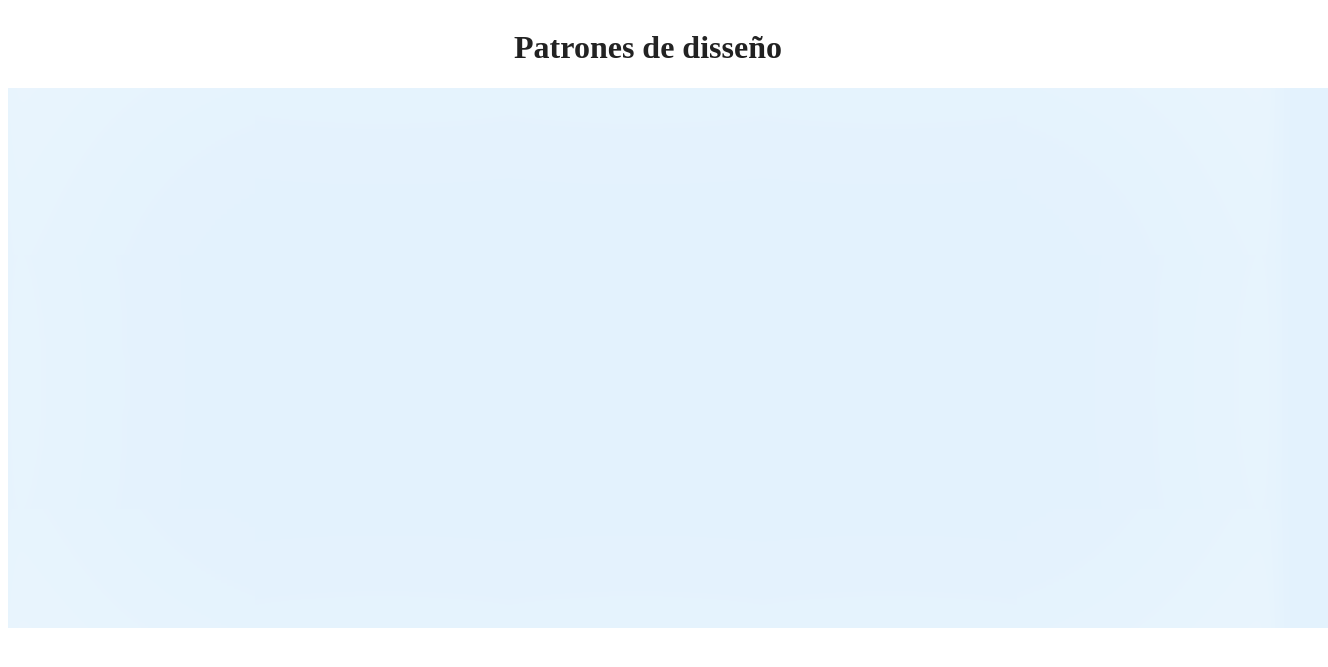
Repository: nrsWebs/design-pattern-es
Page: index.html
An editor plug-in stored every save of this project. The page is shown before and after the next save, followed by the edit.
The browser window is 1280 px wide. The page is 1328 px wide, so the pictures cover 1328 px, including what lies to the right of the window. The pictures show the whole page.

Above is the page before, as saved 2021-02-06 18:09:57.

### index.html
<!DOCTYPE html>
<html>
<head>
<script src="https://ajax.googleapis.com/ajax/libs/jquery/3.5.1/jquery.min.js"></script>
<link rel="stylesheet" href="source/main.css">
</head>
<body>
    <div class="main-content">
        <h1>Patrones de disseño</h1>
        <div class="box glass">
            <div class=""></div>
        </div>
    </div>
</body>
<script>
$(document).ready(function(){
    setTimeout(function(){
        $("p").hide();
    }, 5000);
});
</script>
</html>

### source/main.css
:root {
    --main: #F5F5F5;
    --secondary: #E3F2FD;
    --auxiliar: #DB5461
  }
body {
    background-color: var(--primary);
    display: flex;
    justify-content: center;
    width: 100%;
}
.main-content{
    display: flex;
    flex-direction: column;
    justify-content: space-around;
    width: 100%;
    max-width: 1440px;
}
h1{
    text-align: center;
}
.box {
    display: flex;
    flex-direction: column;
    justify-content: space-around;
    width: 100%;
    padding: 20px;
    height: 500px;
}
/* GLASS EFFECT */
.glass{
    background-color: var(--secondary);
}
.glass:before {
    content: '';
    position: absolute;
    top: 0;
    left: 0;
    right: 0;
    bottom: 0;
    box-shadow: inset 0 0 2000px rgba(255, 255, 255, .5);
    filter: blur(10px);
}

After the next save:
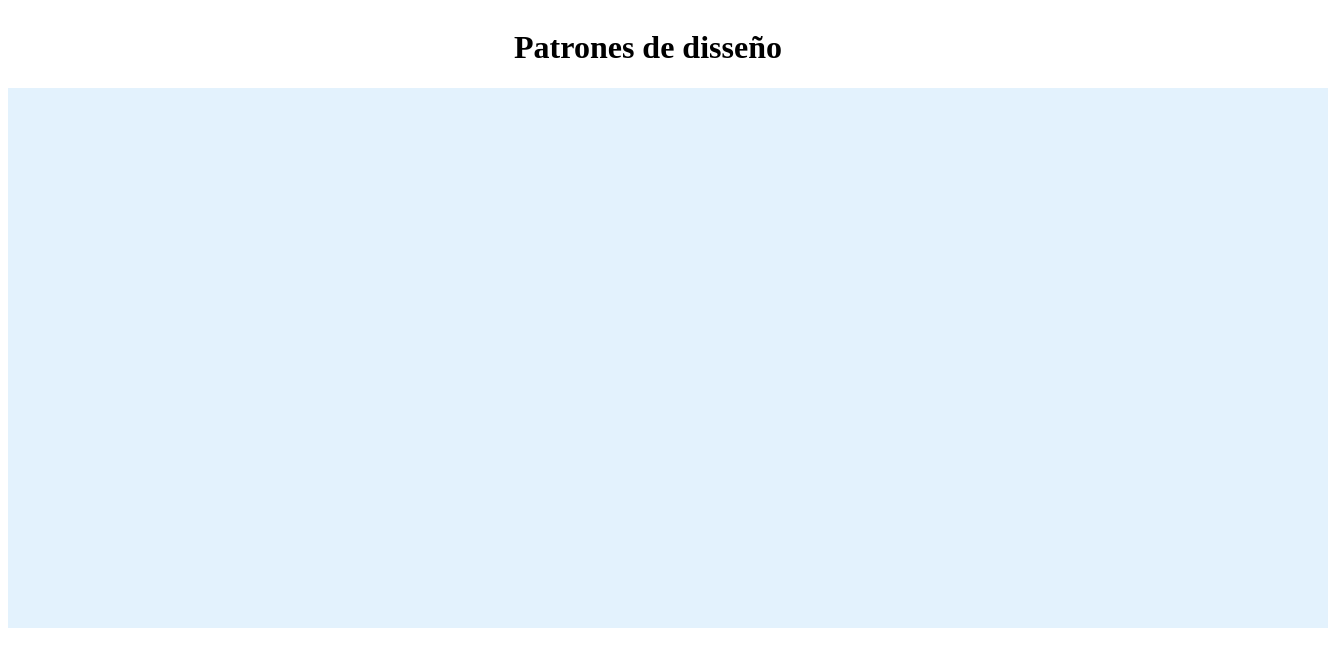
Saved 3 min 0 s later.
--- a/source/main.css
+++ b/source/main.css
@@ -26,18 +26,20 @@ h1{
     width: 100%;
     padding: 20px;
     height: 500px;
+    background-color: var(--secondary);
 }
 /* GLASS EFFECT */
 .glass{
-    background-color: var(--secondary);
+
 }
 .glass:before {
-    content: '';
+    content: “ ”;
+    background: inherit;
     position: absolute;
-    top: 0;
     left: 0;
     right: 0;
+    top: 0;
     bottom: 0;
-    box-shadow: inset 0 0 2000px rgba(255, 255, 255, .5);
+    box-shadow: inset 0 0 0 3000px rgba(255,255,255,0.3);
     filter: blur(10px);
 }
